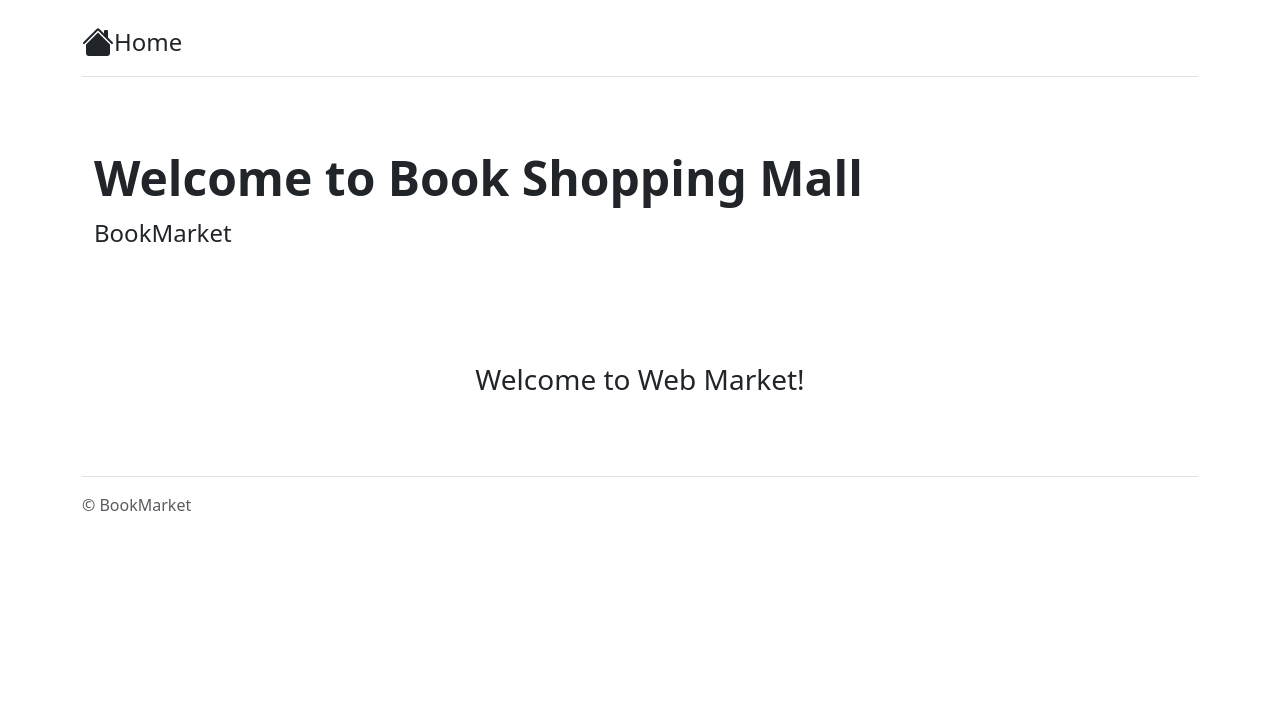
Repository: sanghyunlee7680/JSP-practice
Page: http://localhost/tmpbookmarket/
An editor plug-in stored every save of this project. The page is shown before and after the next save, followed by the edit.
The browser window is 1280 px wide. The pictures show the whole page.
The page is served by Tomcat 10. Other server files are loaded and not shown.

Above is the page before, as saved 2024-10-11 01:45:50.

### tmpbookmarket/src/main/webapp/welcome.jsp
<%@ page language="java" contentType="text/html; charset=UTF-8"
    pageEncoding="UTF-8"%>
<!DOCTYPE html>
<html>
<head>
<meta charset="UTF-8">
<title>Insert title here</title>
<link href="https://cdn.jsdelivr.net/npm/bootstrap@5.3.0-alpha1/dist/css/bootstrap.min.css" rel="stylesheet">
</head>
<body>
	<div class="container py-4">
		<header class="pb-3 mb-4 border-bottom">
			<a href="./welcome.jsp" class="d-flex align-items-center text-dark text-decoration-none">
				<svg  width="32" height="32" fill="currentColor" class="bi bi-house-fill" viewBox="0 0 16 16">
            		<path d="M8.707 1.5a1 1 0 0 0-1.414 0L.646 8.146a.5.5 0 0 0 .708.708L8 2.207l6.646 6.647a.5.5 0 0 0 .708-.708L13 5.793V2.5a.5.5 0 0 0-.5-.5h-1a.5.5 0 0 0-.5.5v1.293L8.707 1.5Z"/>
            		<path d="m8 3.293 6 6V13.5a1.5 1.5 0 0 1-1.5 1.5h-9A1.5 1.5 0 0 1 2 13.5V9.293l6-6Z"/>
        		</svg>
        		<span class="fs-4">Home</span>
			</a>
		</header>
		<%!
		String greeting = "Welcome to Book Shopping Mall";
		String tagline = "Welcome to Web Market!";
		%>
		<div class="container-fluid py-5">
			<h1 class="display-5 fw-bold"><%=greeting  %></h1>
			<p class="col-md-8 fs-4">BookMarket</p>
		</div>
		<div class="row align-items-md-stretch text-center">
			<div class="col-md-12">
				<div class="h-100 p-5">
					<h3><%=tagline  %></h3>
				</div>
			</div>
		</div>
		<footer class="pt-3 mt-4 text-body-secondary border-top">
			&copy; BookMarket
		</footer>
	</div>
</body>
</html>

### tmpbookmarket/src/main/webapp/menu.jsp
 <header class="pb-3 mb-4 border-bottom">
      <a href="./welcome.jsp" class="d-flex align-items-center text-dark text-decoration-none">
      <svg  width="32" height="32" fill="currentColor" class="bi bi-house-fill" viewBox="0 0 16 16">
  			<path d="M8.707 1.5a1 1 0 0 0-1.414 0L.646 8.146a.5.5 0 0 0 .708.708L8 2.207l6.646 6.647a.5.5 0 0 0 .708-.708L13 5.793V2.5a.5.5 0 0 0-.5-.5h-1a.5.5 0 0 0-.5.5v1.293L8.707 1.5Z"/>
  			<path d="m8 3.293 6 6V13.5a1.5 1.5 0 0 1-1.5 1.5h-9A1.5 1.5 0 0 1 2 13.5V9.293l6-6Z"/>
		</svg>
        <span class="fs-4">Home</span>
      </a>
      <a href="products">All products</a>
    </header>

### tmpbookmarket/src/main/webapp/footer.jsp
 <footer class="pt-3 mt-4 text-body-secondary border-top">
      &copy; BookMarket
 </footer>

After the next save:
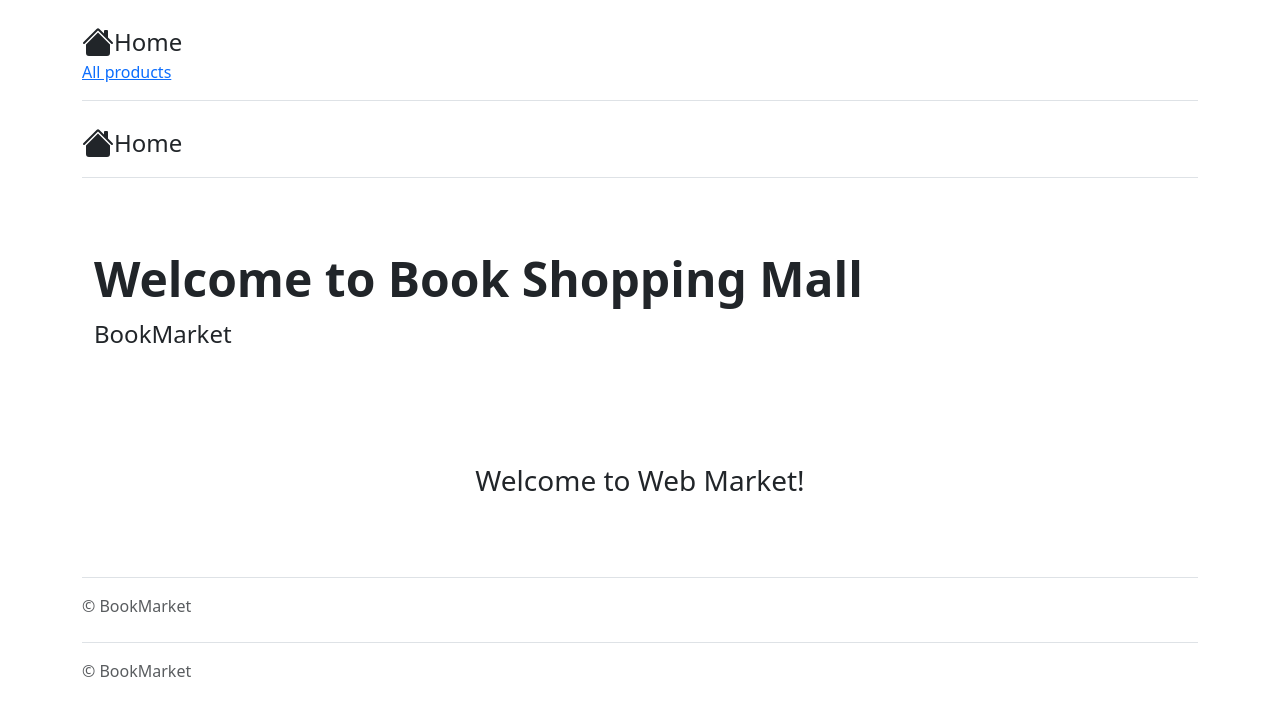
Saved 2 min 22 s later.
--- a/tmpbookmarket/src/main/webapp/welcome.jsp
+++ b/tmpbookmarket/src/main/webapp/welcome.jsp
@@ -9,6 +9,7 @@
 </head>
 <body>
 	<div class="container py-4">
+		<%@ include file="menu.jsp" %>
 		<header class="pb-3 mb-4 border-bottom">
 			<a href="./welcome.jsp" class="d-flex align-items-center text-dark text-decoration-none">
 				<svg  width="32" height="32" fill="currentColor" class="bi bi-house-fill" viewBox="0 0 16 16">
@@ -36,6 +37,7 @@
 		<footer class="pt-3 mt-4 text-body-secondary border-top">
 			&copy; BookMarket
 		</footer>
+		<%@ include file = "footer.jsp" %>
 	</div>
 </body>
 </html>
